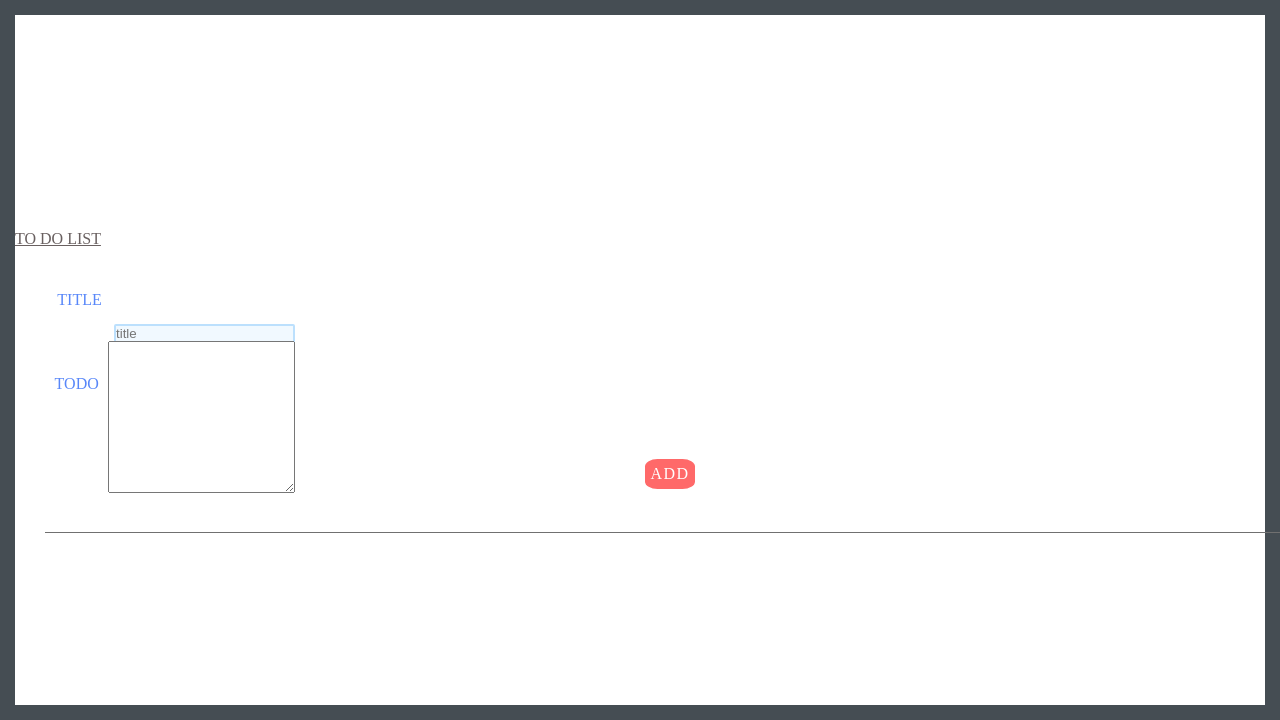
Repository: NagataRyuji0630/shinjin-otameshi
Page: todo_white_board.html
These files come from the project's save history. The page is drawn as it stood at one moment and after the next save; the edit follows.
The browser window is 1280 px wide. The pictures show the whole page.

Above is the page before, as saved 2020-06-11 22:55:22.
Not found: todoWhiteBoard.js

After the next save:
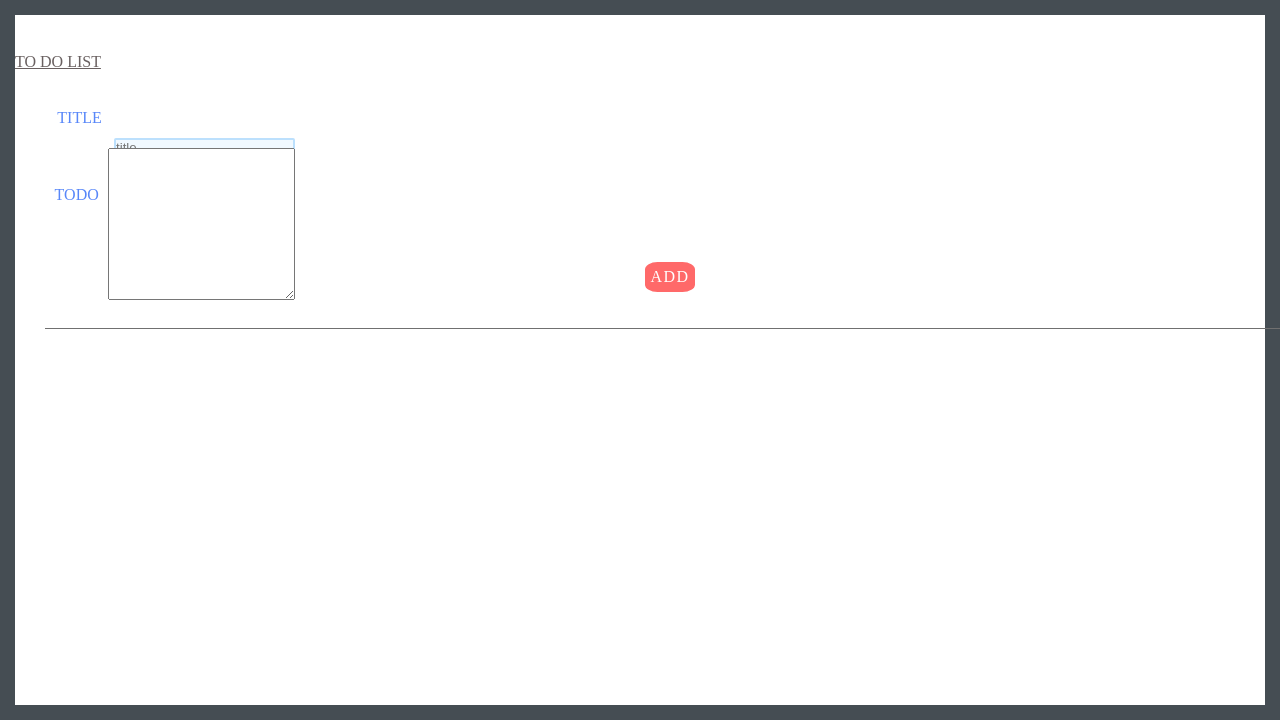
Saved 47 s later.
--- a/todo_white_board.css
+++ b/todo_white_board.css
@@ -109,3 +109,8 @@ body, html {
     letter-spacing: 1.44px;
     color: #FFFFFF;
 }
+
+#todo_list_container {
+    width: 100%;
+    height: 60%;
+}
